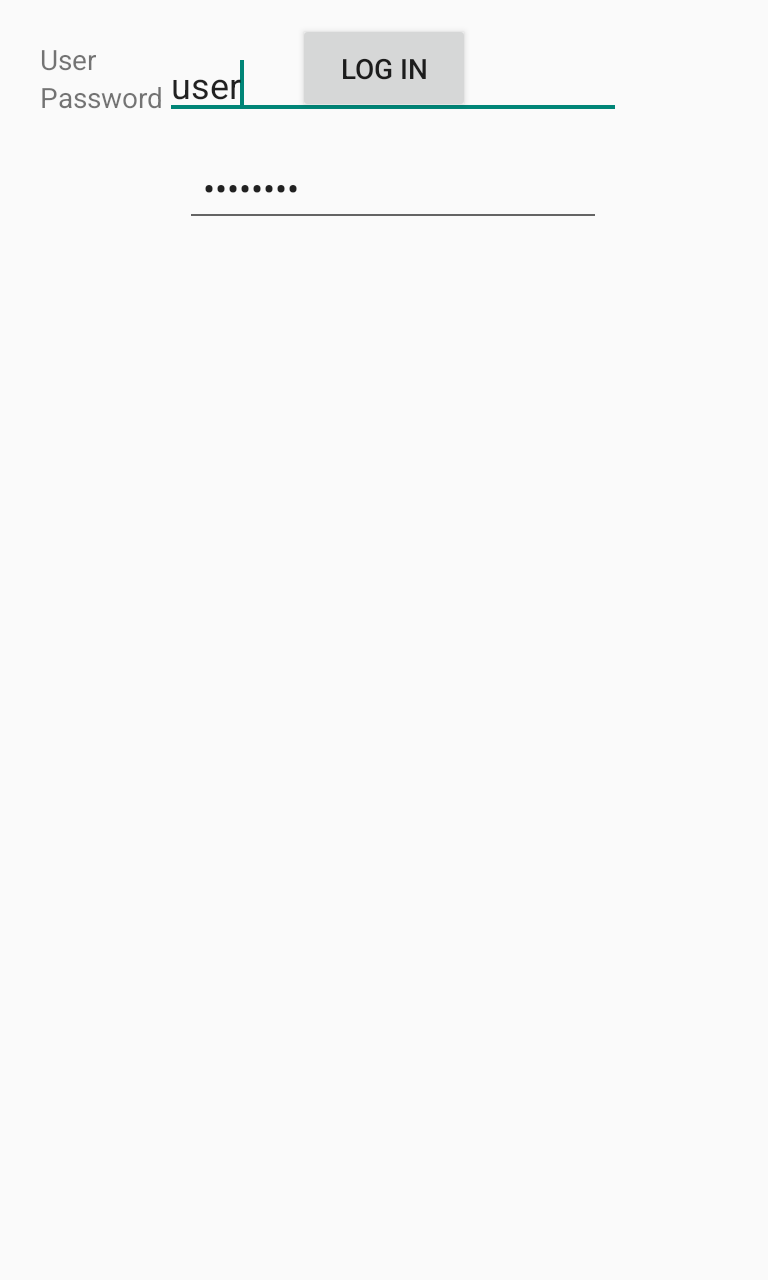
Repository: mgorski-mg/FunsCounter
Layout: FunsCounter/res/layout/login_fragment.xml
These files come from the project's save history. The layout is drawn as it stood at one moment and after the next save; the edit follows.
It is drawn on a 768 x 1280 px phone screen (xhdpi) without system bars, with theme AppTheme; the app's code is not run.

Above is the layout before, as saved 2014-02-10 18:16:40.

After the next save:
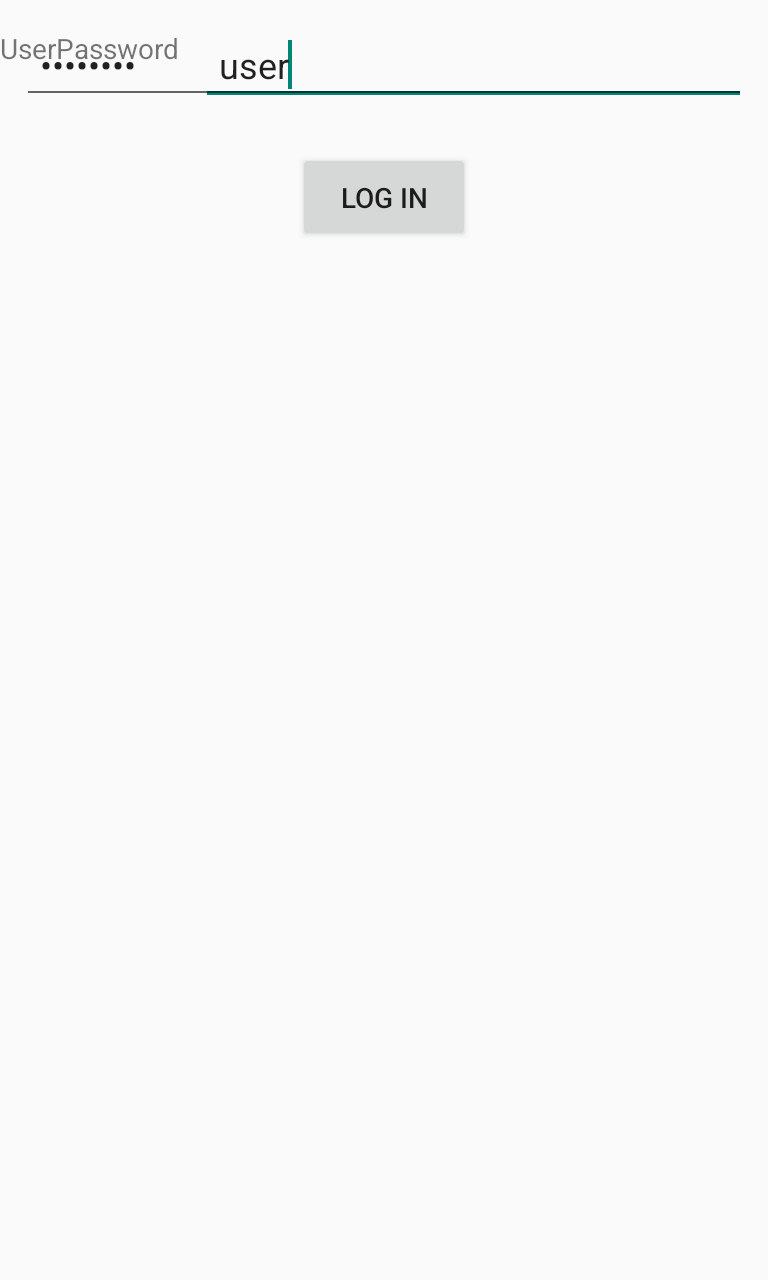
Saved 64 s later.
--- a/FunsCounter/res/layout/login_fragment.xml
+++ b/FunsCounter/res/layout/login_fragment.xml
@@ -5,54 +5,43 @@
 
     <LinearLayout
         android:layout_width="fill_parent"
-        android:layout_height="wrap_content"
-        android:layout_alignParentTop="true"
-        android:layout_margin="10dp"
-        android:padding="10dp" >
+        android:layout_height="wrap_content" >
 
-        <LinearLayout
+        <TextView
             android:layout_width="wrap_content"
             android:layout_height="wrap_content"
-            android:orientation="vertical" >
+            android:text="@string/user" />
 
-            <TextView
-                android:layout_width="wrap_content"
-                android:layout_height="wrap_content"
-                android:text="@string/user" />
-
-            <TextView
-                android:layout_width="wrap_content"
-                android:layout_height="wrap_content"
-                android:text="@string/password" />
-        </LinearLayout>
-
-        <LinearLayout
+        <TextView
             android:layout_width="wrap_content"
             android:layout_height="wrap_content"
-            android:orientation="vertical" >
+            android:text="@string/password" />
 
-            <EditText
-                android:id="@+id/user"
-                android:layout_width="match_parent"
-                android:layout_height="wrap_content"
-                android:ems="10"
-                android:inputType="text"
-                android:text="user" >
+        <EditText
+            android:id="@+id/user"
+            android:layout_width="match_parent"
+            android:layout_height="wrap_content"
+            android:layout_alignParentTop="true"
+            android:layout_margin="10dp"
+            android:ems="10"
+            android:inputType="text"
+            android:padding="10dp"
+            android:text="user" >
 
-                <requestFocus />
-            </EditText>
+            <requestFocus />
+        </EditText>
+    </LinearLayout>
 
-            <EditText
-                android:id="@+id/password"
-                android:layout_width="match_parent"
-                android:layout_height="wrap_content"
-                android:layout_margin="10dp"
-                android:ems="10"
-                android:inputType="textPassword"
-                android:padding="10dp"
-                android:text="password" />
-        </LinearLayout>
-    </LinearLayout>
+    <EditText
+        android:id="@+id/password"
+        android:layout_width="match_parent"
+        android:layout_height="wrap_content"
+        android:layout_below="@+id/user"
+        android:layout_margin="10dp"
+        android:ems="10"
+        android:inputType="textPassword"
+        android:padding="10dp"
+        android:text="password" />
 
     <Button
         android:id="@+id/loginButton"
